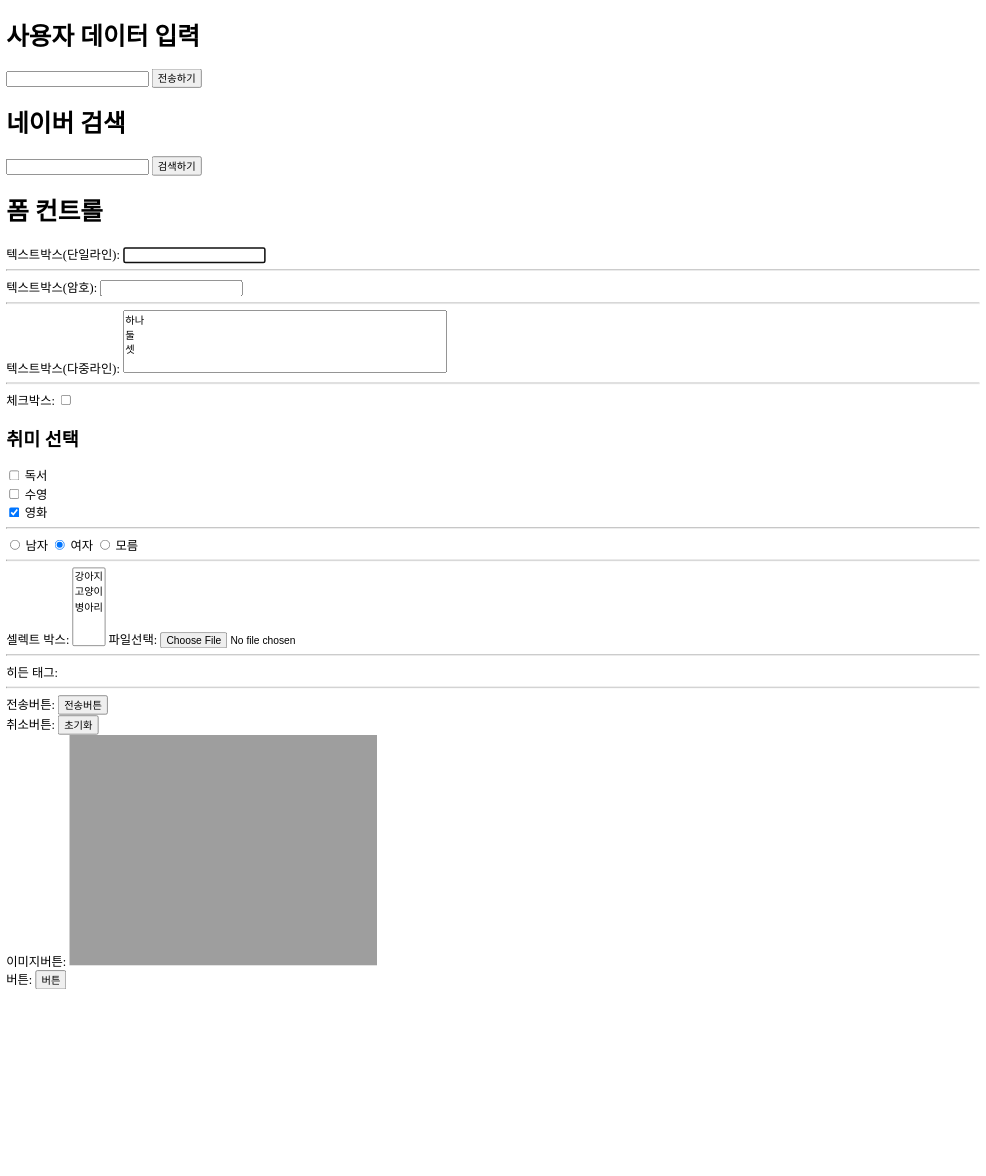
Repository: chanjin5212/Full-Stack-study
Page: client/ClientTest/src/main/webapp/html/ex18_form.html
These files come from the project's save history. The page is drawn as it stood at one moment and after the next save; the edit follows.
The browser window is 1280 px wide. The pictures show the whole page, at 77% of full size.
Pictures or frames that could not be fetched are drawn as grey boxes.

Above is the page before, as saved 2022-05-25 02:32:04.

After the next save:
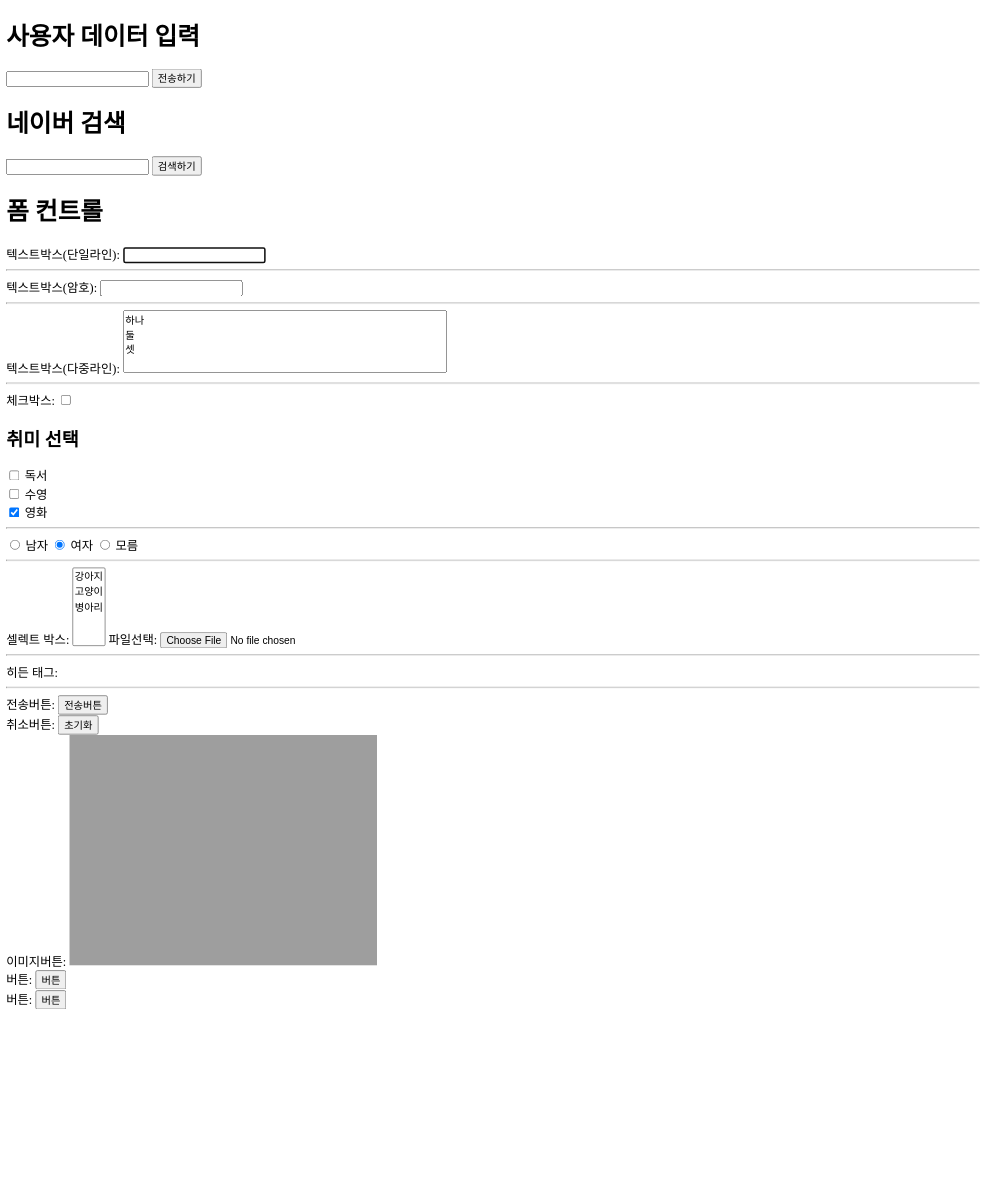
Saved 2 min 31 s later.
--- a/client/ClientTest/src/main/webapp/html/ex18_form.html
+++ b/client/ClientTest/src/main/webapp/html/ex18_form.html
@@ -191,6 +191,8 @@
 		이미지버튼: <input type="image" src="images/catty01.png">
 		<br>
 		버튼: <input type="button" value="버튼" onclick="alert('클릭!!');">
+		<br>
+		버튼: <button type="button">버튼</button>
 
 	</form>
 
